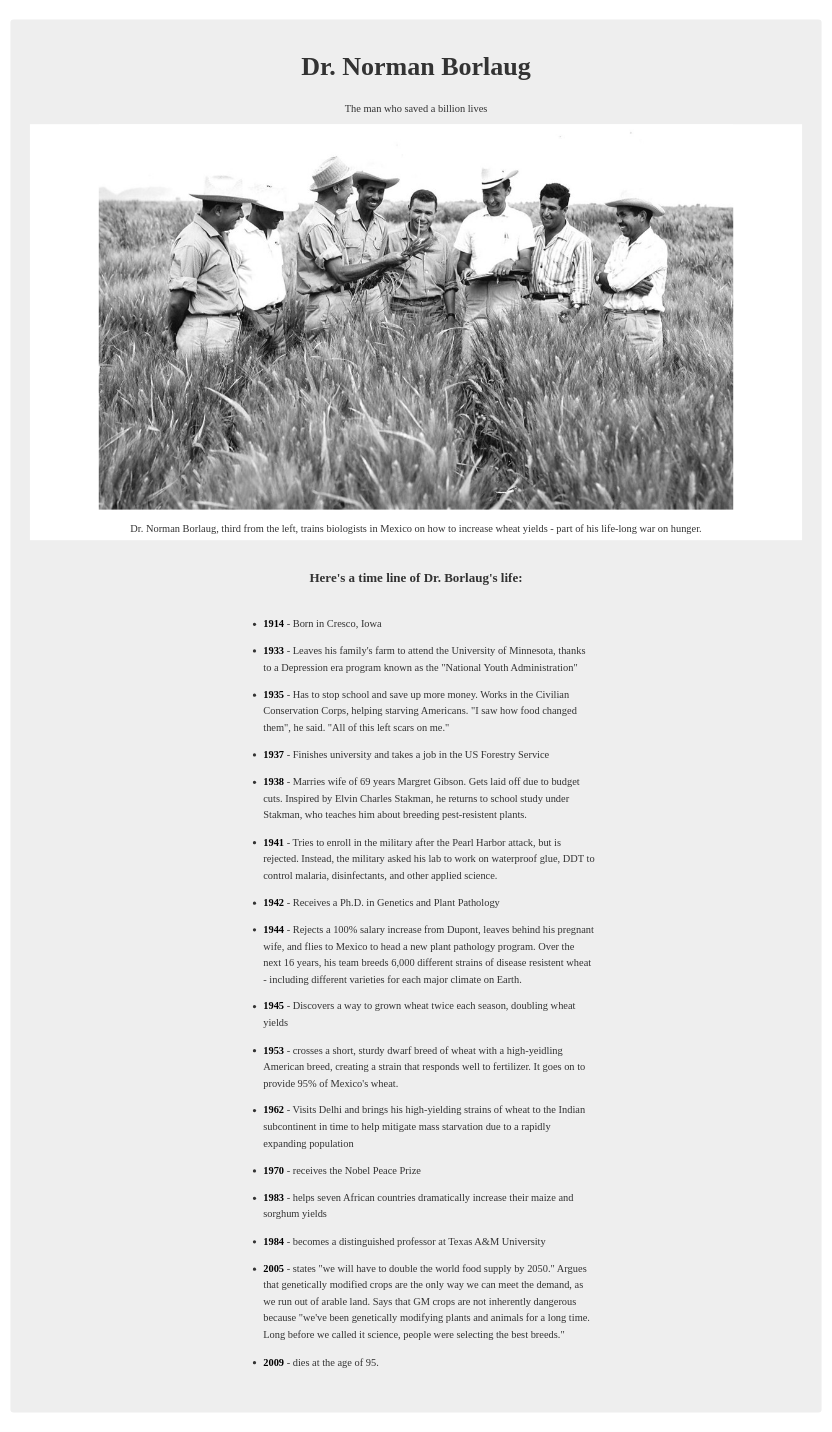
Repository: HTDuy01/github-demo
Page: freecodecamp/index.html
The author's editor kept a copy of each file at every save. The page is drawn from the files as they stood at one save, then again after the next save.
The browser window is 1280 px wide. The pictures show the whole page, at 65% of full size.

Above is the page before, as saved 2021-11-18 21:21:13.

### freecodecamp/index.html
<!DOCTYPE html>
<html lang="en">
<head>
    <meta charset="UTF-8">
    <meta http-equiv="X-UA-Compatible" content="IE=edge">
    <meta name="viewport" content="width=device-width, initial-scale=1.0">
    <title>Document</title>
    <link rel="stylesheet" href="/assets/css/style.css">
    <link rel="stylesheet" href="/assets/css/base.css">
</head>
<body>
    <div class="main">
        <header id="title">
            <h1 class="heading">Dr. Norman Borlaug</h1>
            <p class="sub-heading">The man who saved a billion lives</p>
        </header>

        <div id="img-div">
            <img src="/assets/img/tribute-page-main-image.jpg" alt="" class="img">
            <p class="sub-img">Dr. Norman Borlaug, third from the left, trains biologists in Mexico on how to increase wheat yields - part of his life-long war on hunger.</p>
        </div>

        <div class="content">
            <h3 class="content-heading">Here's a time line of Dr. Borlaug's life:</h3>
            <ul class="content-list">
                <li class="content-item">
                    <strong>1914</strong>
                     - Born in Cresco, Iowa
                </li>
                <li class="content-item">
                    <strong>1933</strong>
                      - Leaves his family's farm to attend the University of Minnesota, thanks to a Depression era program known as the "National Youth Administration"
                </li>
                <li class="content-item">
                    <strong>1935</strong>
                     - Has to stop school and save up more money. Works in the Civilian Conservation Corps, helping starving Americans. "I saw how food changed them", he said. "All of this left scars on me."
                </li>
                <li class="content-item">
                    <strong>1937</strong>
                     - Finishes university and takes a job in the US Forestry Service
                </li>
                <li class="content-item">
                    <strong>1938</strong>
                     - Marries wife of 69 years Margret Gibson. Gets laid off due to budget cuts. Inspired by Elvin Charles Stakman, he returns to school study under Stakman, who teaches him about breeding pest-resistent plants.
                </li>
                <li class="content-item">
                    <strong>1941</strong>
                      - Tries to enroll in the military after the Pearl Harbor attack, but is rejected. Instead, the military asked his lab to work on waterproof glue, DDT to control malaria, disinfectants, and other applied science.
                </li>
                <li class="content-item">
                    <strong>1942</strong>
                       - Receives a Ph.D. in Genetics and Plant Pathology
                </li>
                <li class="content-item">
                    <strong>1944</strong>
                    - Rejects a 100% salary increase from Dupont, leaves behind his pregnant wife, and flies to Mexico to head a new plant pathology program. Over the next 16 years, his team breeds 6,000 different strains of disease resistent wheat - including different varieties for each major climate on Earth.
                </li>
                <li class="content-item">
                    <strong>1945</strong>
                     - Discovers a way to grown wheat twice each season, doubling wheat yields
                </li>
                <li class="content-item">
                    <strong>1953</strong>
                      - crosses a short, sturdy dwarf breed of wheat with a high-yeidling American breed, creating a strain that responds well to fertilizer. It goes on to provide 95% of Mexico's wheat.
                </li>
                <li class="content-item">
                    <strong>1962</strong>
                     - Visits Delhi and brings his high-yielding strains of wheat to the Indian subcontinent in time to help mitigate mass starvation due to a rapidly expanding population
                </li>
                <li class="content-item">
                    <strong>1970</strong>
                     - receives the Nobel Peace Prize
                </li>
                <li class="content-item">
                    <strong>1983</strong>
                      - helps seven African countries dramatically increase their maize and sorghum yields
                </li>
                <li class="content-item">
                    <strong>1984</strong>
                     - becomes a distinguished professor at Texas A&M University
                </li>
                <li class="content-item">
                    <strong>2005</strong>
                     - states "we will have to double the world food supply by 2050." Argues that genetically modified crops are the only way we can meet the demand, as we run out of arable land. Says that GM crops are not inherently dangerous because "we've been genetically modifying plants and animals for a long time. Long before we called it science, people were selecting the best breeds."
                </li>
                <li class="content-item">
                    <strong>2009</strong>
                      - dies at the age of 95.
                </li>
            </ul>
        </div>

        <footer class="footer">

        </footer>
    </div>
</body>
</html>

### freecodecamp/assets/css/style.css
.main {
    background-color: #eee;
    margin: 30px 8px;
    padding: 15px;
    border-radius: 5px;
}

/* header */
#title {
    text-align: center;
}

.heading {
    color: var(--color-header);
    font-size: 4rem;
    font-weight: 700;
    margin-top: 27px;
    line-height: 60px;
}

.sub-heading {
    font-size: 1.6rem;
    color: var(--color-header);
    font-weight: 300;
}

/* Bener */
#img-div {
    height: 640px;
    background-color: #fff;
    margin: 0 15px;
    text-align: center;
}

.img {
    width: 976px;
    height: 593px;
}

.sub-img {
    font-size: 1.6rem;
    color: var(--color-header);
    font-weight: 400;
}

.content-heading {
    font-size: 2rem;
    color: var(--color-header);
    font-weight: 600;
    text-align: center;
    margin: 50px 0;
}

.content-list {
    max-width: 550px;
    text-align: left;
    margin: 0 auto 50px auto;
    line-height: 1.6;
}

.content-item {
    font-size: 1.6rem;
    margin: 16px 0;
    color: rgb(51,51,51);
}

strong {
    color: #000
}

### freecodecamp/assets/css/base.css

* {
    box-sizing: inherit;
}

html {
    font-size: 62.5%;
    line-height: 1.6rem;
    /* font-family: -apple-system, BlinkMacSystemFont, 'Segoe UI', 'Roboto', 'Helvetica Neue', Arial, sans-serif; */
    box-sizing: border-box;
}

:root {
    --color-header:#333;
}

After the next save:
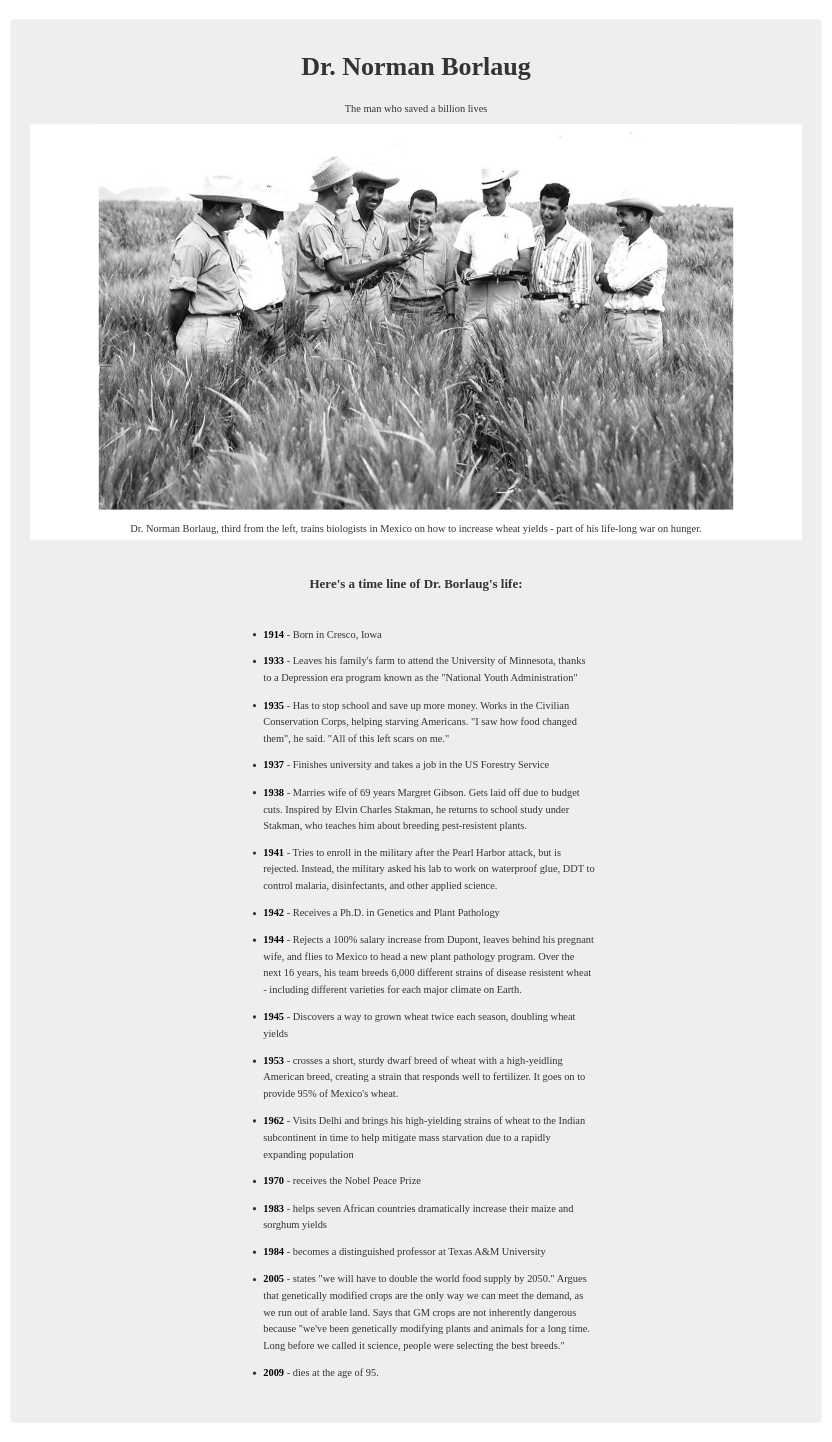
Saved 3 min 41 s later.
--- a/freecodecamp/assets/css/style.css
+++ b/freecodecamp/assets/css/style.css
@@ -51,7 +51,7 @@
     margin: 50px 0;
 }
 
-.content-list {
+.content {
     max-width: 550px;
     text-align: left;
     margin: 0 auto 50px auto;
